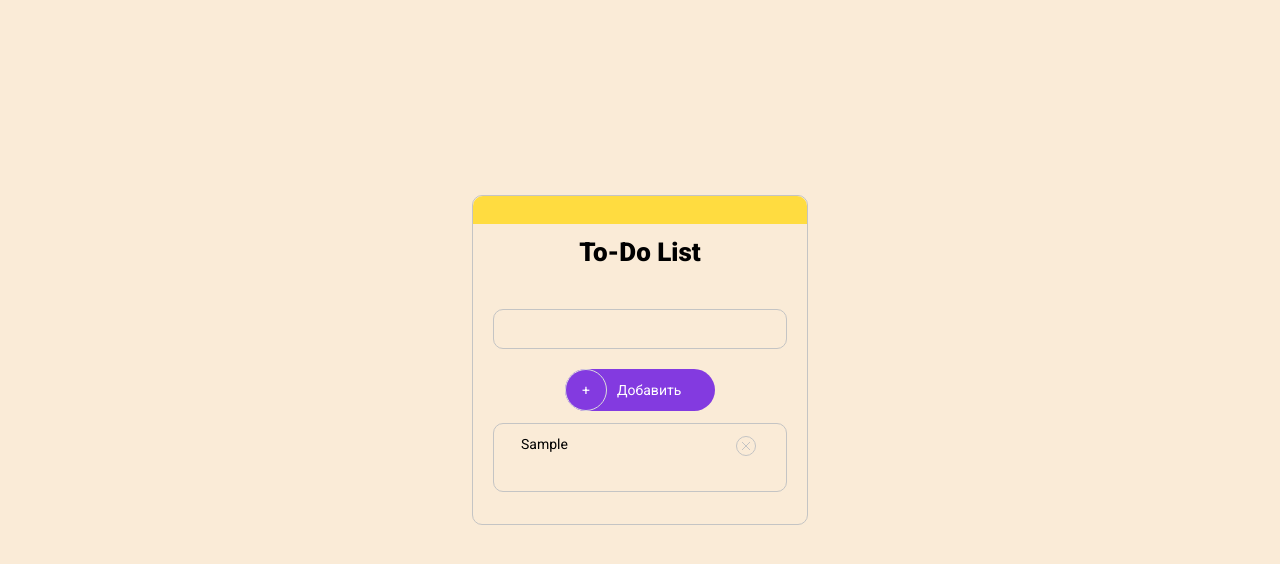
Repository: NatiqSamiyev/To-do-List-js
Page: insex.html
These files come from the project's save history. The page is drawn as it stood at one moment and after the next save; the edit follows.
The browser window is 1280 px wide. The pictures show the whole page.
Empty fields were first filled with sample values (such as "Sample", 5 or name@example.com).
After loading, the first visible `form` was submitted once.
Some web fonts or font styles are not loaded; a fallback is used.

Above is the page before, as saved 2023-10-31 12:12:02.

After the next save:
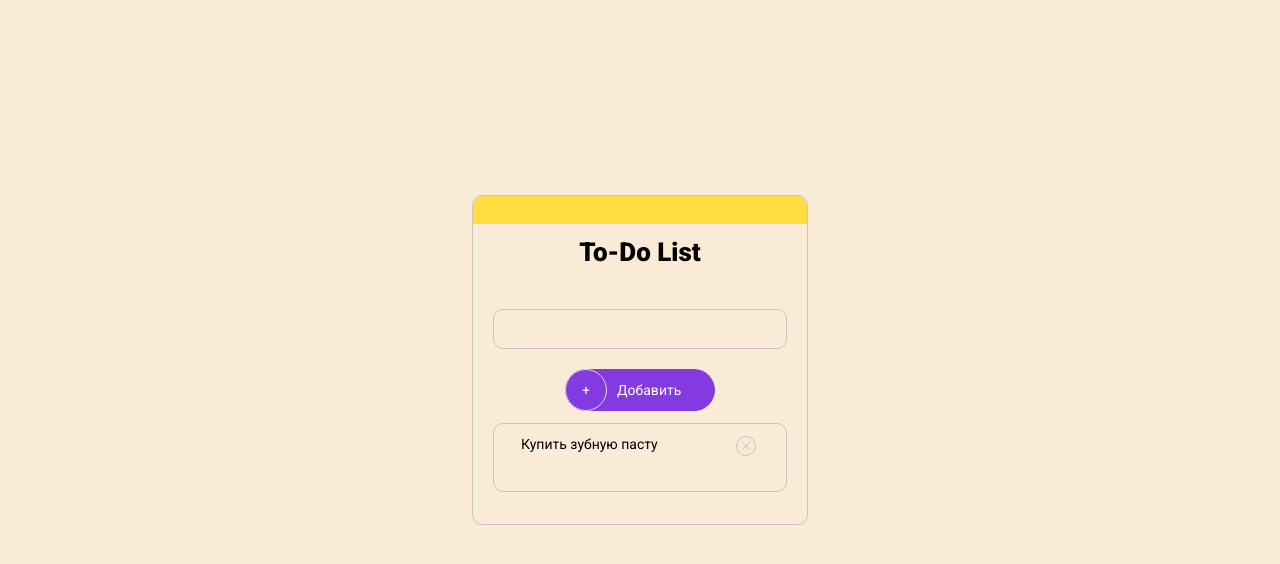
Saved 5 s later.
--- a/index.js
+++ b/index.js
@@ -8,12 +8,12 @@ function sumbitForm(e) {
   e.preventDefault();
   ul.style.display = "block";
   ul.innerHTML += `
-    <li>
-    <h3>${input.value}</h3>
-    <button>
-      <img src="./image/Group 56.svg" alt="" />
-    </button>
-  </li>
+  <li>
+  <h3>Купить зубную пасту</h3>
+  <button class="remove-btn">
+    <img src="./image/Group 56.svg" alt="" />
+  </button>
+</li>
 `;
   form.reset();
 }
